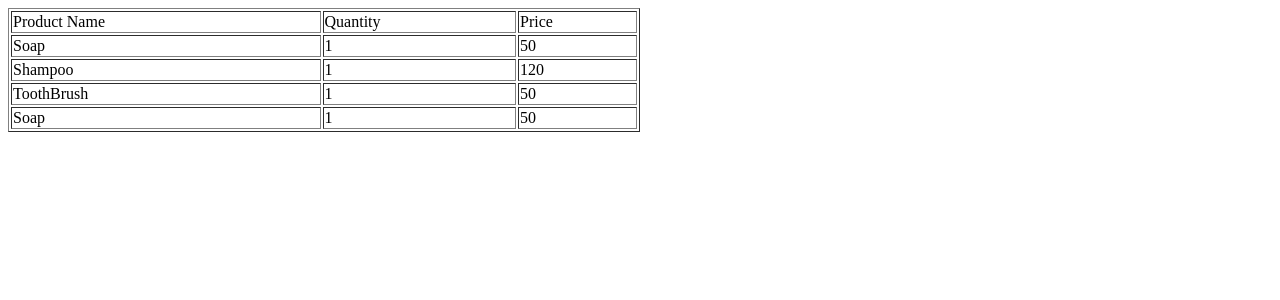
Repository: avishi14/Java_Practise
Page: webApplication/ValidateAge/WebContent/Product.html
An editor plug-in stored every save of this project. The page is shown before and after the next save, followed by the edit.
The browser window is 1280 px wide. The pictures show the whole page.

Above is the page before, as saved 2019-09-06 10:35:08.

### webApplication/ValidateAge/WebContent/Product.html
<!DOCTYPE html>
<html>
<head>
<meta charset="ISO-8859-1">
<title>Insert title here</title>
</head>
<body>
<table width='50%' border='1px'>
<tr>
<td> Product Name </td> <td>Quantity</td><td>Price</td>
</tr>
<tr>
<td> Soap</td> <td>1</td><td>50</td>
</tr>
<tr>
<td> Shampoo </td> <td>1</td><td>120</td>
</tr>
<tr>
<td> ToothBrush </td> <td>1</td><td>50</td>
</tr>
<tr>
<td> Soap</td> <td>1</td><td>50</td>
</tr>
</table>
</body>
</html>

After the next save:
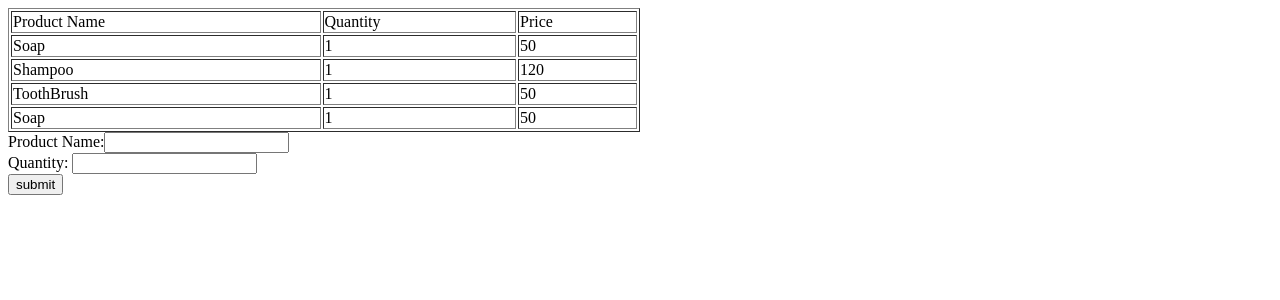
Saved 104 s later.
--- a/webApplication/ValidateAge/WebContent/Product.html
+++ b/webApplication/ValidateAge/WebContent/Product.html
@@ -22,5 +22,11 @@
 <td> Soap</td> <td>1</td><td>50</td>
 </tr>
 </table>
+<form action ="Login" method="post">
+Product Name:<input type="text" name="prname"/><br>
+Quantity: <input type="text" name="qty"/><br>
+<input type="submit" name="AddToCart" value="submit" /><br>
+</form>
+
 </body>
 </html>
